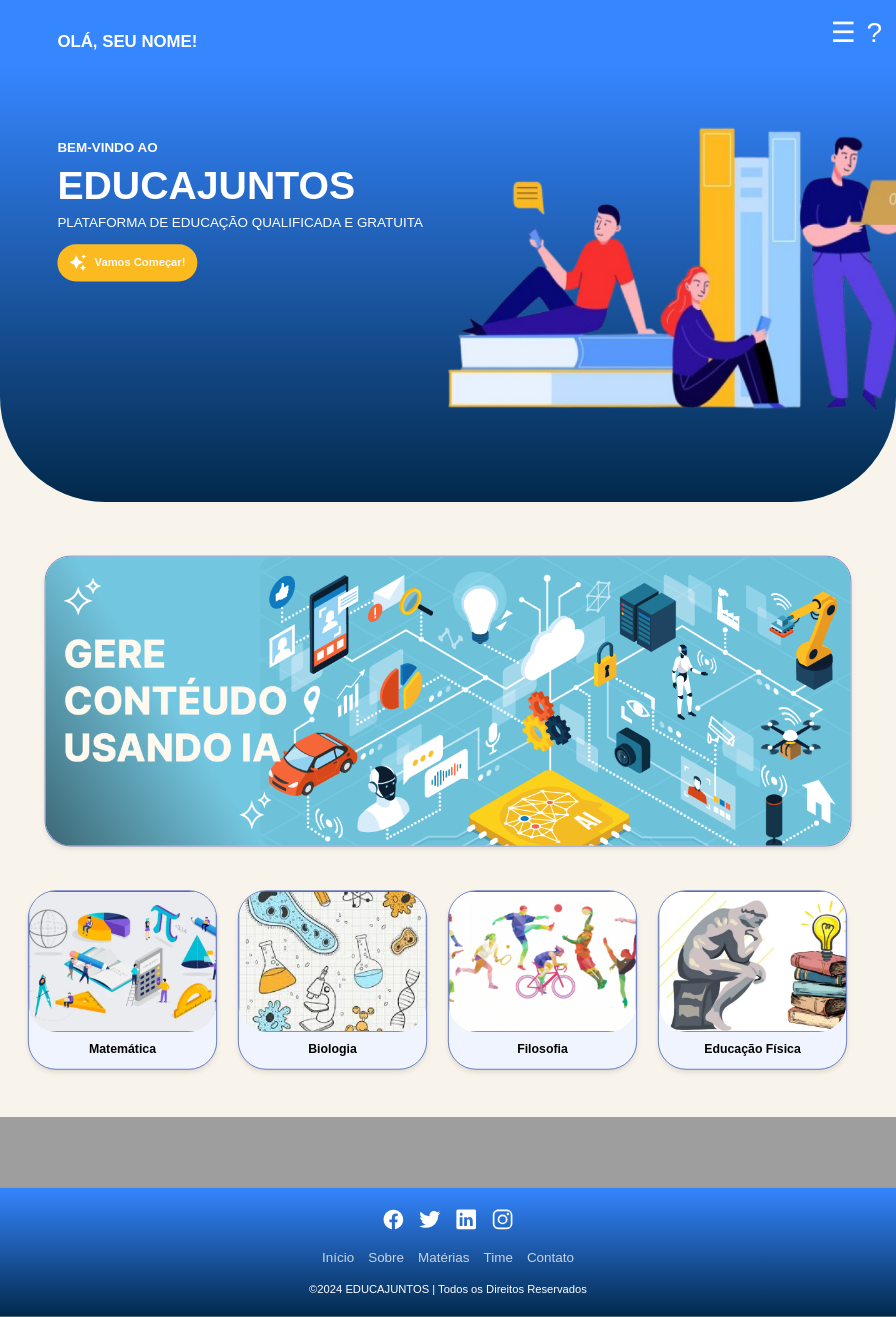
Repository: Matheus904-12/EDUCAJUNTOS
Page: inicio/index.html
An editor plug-in stored every save of this project. The page is shown before and after the next save, followed by the edit.
The browser window is 1280 px wide. The pictures show the whole page, at 70% of full size.
Pictures or frames that could not be fetched are drawn as grey boxes.

Above is the page before, as saved 2024-10-28 20:35:36.

After the next save:
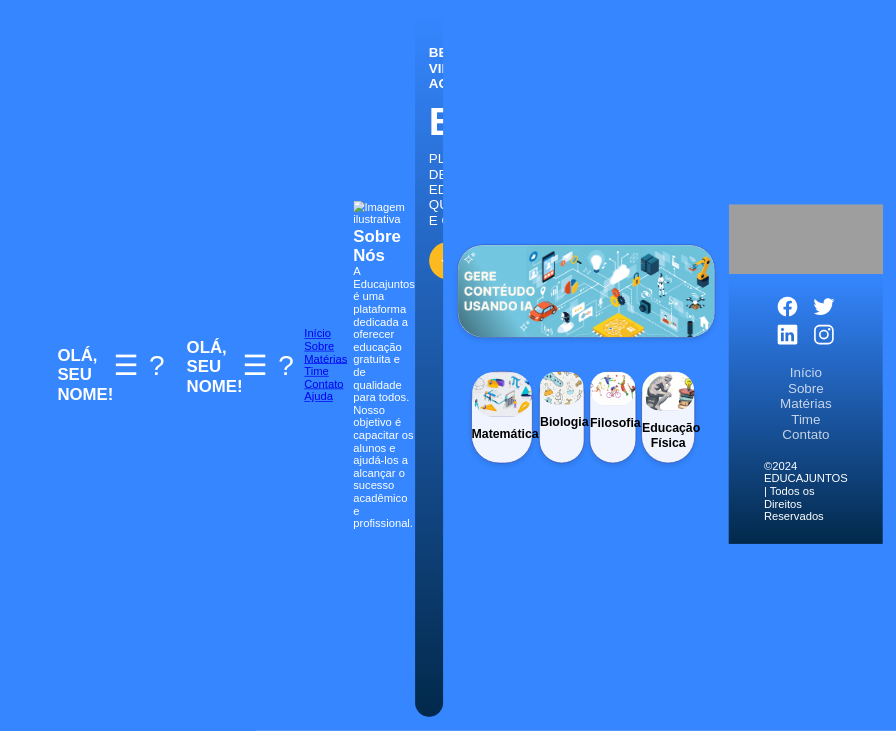
Not found: inicio/imagem-sobre-nos.jpg
Saved 8 min 0 s later.
--- a/inicio/index.html
+++ b/inicio/index.html
@@ -15,24 +15,46 @@
             <button class="menu-btn">&#9776;</button>
             <button class="help-btn">?</button>
         </nav>
-    </header>
+        <header>
+            <h1>OLÁ, SEU NOME!</h1>
+            <nav>
+                <button class="menu-btn">&#9776;</button>
+                <button class="help-btn">?</button>
+                <div class="dropdown-menu">
+                    <a href="#home">Início</a>
+                    <a href="#sobre">Sobre</a>
+                    <a href="#materias">Matérias</a>
+                    <a href="#time">Time</a>
+                    <a href="#contato">Contato</a>
+                    <a href="mailto:seuemail@gmail.com">Ajuda</a>
+                </div>
+            </nav>
+        </header>
 
-    <section class="hero">
-        <h2>BEM-VINDO AO</h2>
-        <h3>EDUCAJUNTOS</h3>
-        <p>PLATAFORMA DE EDUCAÇÃO QUALIFICADA E GRATUITA</p>
-        <button class="btn">
-            <svg height="24" width="24" fill="#FFFFFF" viewBox="0 0 24 24" data-name="Layer 1" id="Layer_1" class="sparkle">
-                <path d="M10,21.236,6.755,14.745.264,11.5,6.755,8.255,10,1.764l3.245,6.491L19.736,11.5l-6.491,3.245ZM18,21l1.5,3L21,21l3-1.5L21,18l-1.5-3L18,18l-3,1.5ZM19.333,4.667,20.5,7l1.167-2.333L24,3.5,21.667,2.333,20.5,0,19.333,2.333,17,3.5Z"></path>
-            </svg>
+        <section class="about">
+            <div class="about-content">
+                <img src="imagem-sobre-nos.jpg" alt="Imagem ilustrativa" class="about-image">
+                <div class="about-text">
+                    <h2>Sobre Nós</h2>
+                    <p>A Educajuntos é uma plataforma dedicada a oferecer educação gratuita e de qualidade para todos. Nosso objetivo é capacitar os alunos e ajudá-los a alcançar o sucesso acadêmico e profissional.</p>
+                </div>
+            </div>
+        </section>
 
-            <span class="text">Vamos Começar!</span>
-        </button>
-        <div class="hero-image">
-            <img src="../image/1.png" alt="Imagem ilustrativa de pessoas estudando">
-        </div>
-
-    </section>
+        <section class="hero">
+            <h2>BEM-VINDO AO</h2>
+            <h3>EDUCAJUNTOS</h3>
+            <p>PLATAFORMA DE EDUCAÇÃO QUALIFICADA E GRATUITA</p>
+            <button class="btn" onclick="goToLogin()">
+                <svg height="24" width="24" fill="#FFFFFF" viewBox="0 0 24 24" data-name="Layer 1" id="Layer_1" class="sparkle">
+                    <path d="M10,21.236,6.755,14.745.264,11.5,6.755,8.255,10,1.764l3.245,6.491L19.736,11.5l-6.491,3.245ZM18,21l1.5,3L21,21l3-1.5L21,18l-1.5-3L18,18l-3,1.5ZM19.333,4.667,20.5,7l1.167-2.333L24,3.5,21.667,2.333,20.5,0,19.333,2.333,17,3.5Z"></path>
+                </svg>
+                <span class="text">Vamos Começar!</span>
+            </button>
+            <div class="hero-image">
+                <img src="../image/1.png" alt="Imagem ilustrativa de pessoas estudando">
+            </div>
+        </section>
 
     <br>
     <br>

After the save that followed:
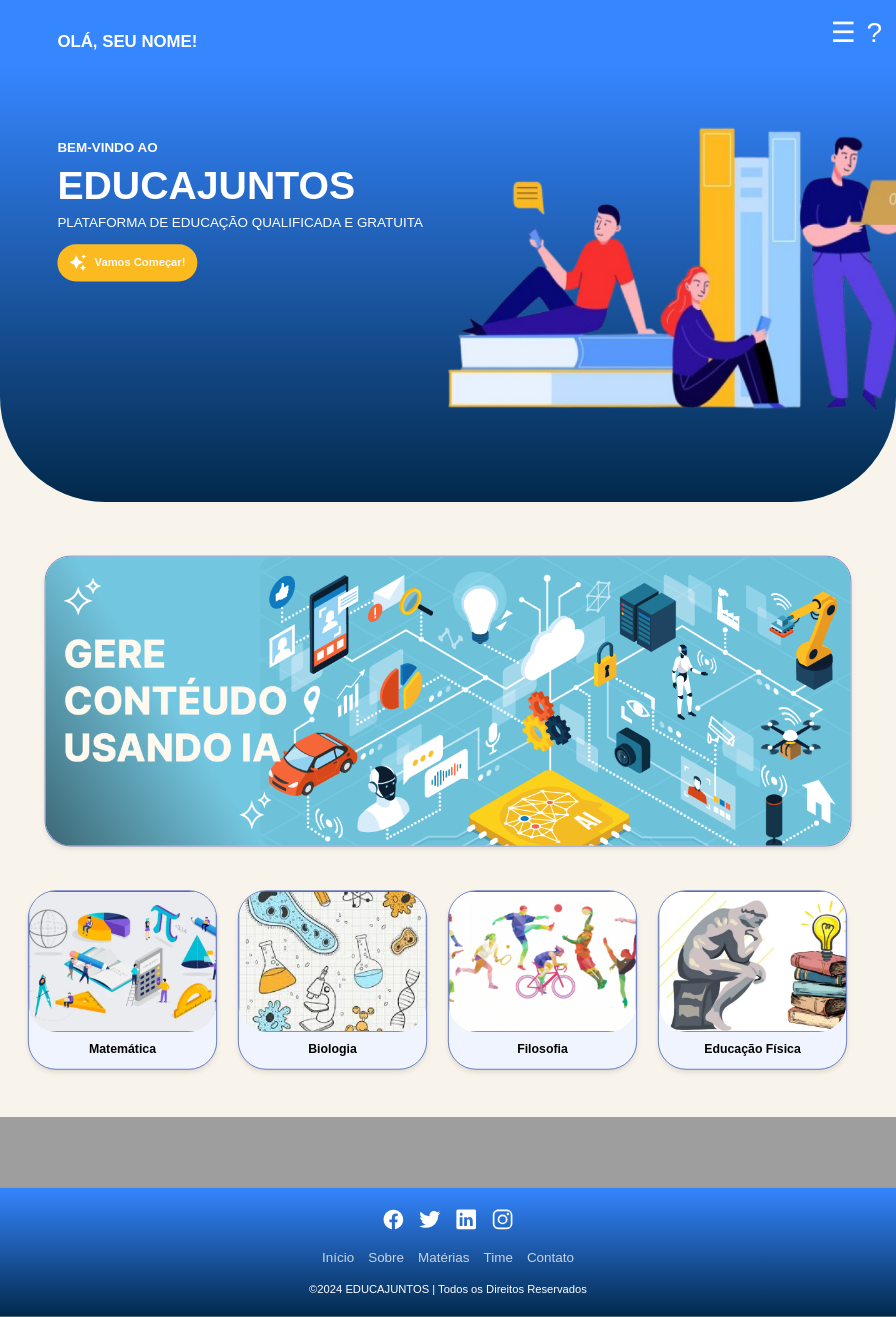
Saved 8 s later.
--- a/inicio/index.html
+++ b/inicio/index.html
@@ -15,46 +15,24 @@
             <button class="menu-btn">&#9776;</button>
             <button class="help-btn">?</button>
         </nav>
-        <header>
-            <h1>OLÁ, SEU NOME!</h1>
-            <nav>
-                <button class="menu-btn">&#9776;</button>
-                <button class="help-btn">?</button>
-                <div class="dropdown-menu">
-                    <a href="#home">Início</a>
-                    <a href="#sobre">Sobre</a>
-                    <a href="#materias">Matérias</a>
-                    <a href="#time">Time</a>
-                    <a href="#contato">Contato</a>
-                    <a href="mailto:seuemail@gmail.com">Ajuda</a>
-                </div>
-            </nav>
-        </header>
+    </header>
 
-        <section class="about">
-            <div class="about-content">
-                <img src="imagem-sobre-nos.jpg" alt="Imagem ilustrativa" class="about-image">
-                <div class="about-text">
-                    <h2>Sobre Nós</h2>
-                    <p>A Educajuntos é uma plataforma dedicada a oferecer educação gratuita e de qualidade para todos. Nosso objetivo é capacitar os alunos e ajudá-los a alcançar o sucesso acadêmico e profissional.</p>
-                </div>
-            </div>
-        </section>
+    <section class="hero">
+        <h2>BEM-VINDO AO</h2>
+        <h3>EDUCAJUNTOS</h3>
+        <p>PLATAFORMA DE EDUCAÇÃO QUALIFICADA E GRATUITA</p>
+        <button class="btn">
+            <svg height="24" width="24" fill="#FFFFFF" viewBox="0 0 24 24" data-name="Layer 1" id="Layer_1" class="sparkle">
+                <path d="M10,21.236,6.755,14.745.264,11.5,6.755,8.255,10,1.764l3.245,6.491L19.736,11.5l-6.491,3.245ZM18,21l1.5,3L21,21l3-1.5L21,18l-1.5-3L18,18l-3,1.5ZM19.333,4.667,20.5,7l1.167-2.333L24,3.5,21.667,2.333,20.5,0,19.333,2.333,17,3.5Z"></path>
+            </svg>
 
-        <section class="hero">
-            <h2>BEM-VINDO AO</h2>
-            <h3>EDUCAJUNTOS</h3>
-            <p>PLATAFORMA DE EDUCAÇÃO QUALIFICADA E GRATUITA</p>
-            <button class="btn" onclick="goToLogin()">
-                <svg height="24" width="24" fill="#FFFFFF" viewBox="0 0 24 24" data-name="Layer 1" id="Layer_1" class="sparkle">
-                    <path d="M10,21.236,6.755,14.745.264,11.5,6.755,8.255,10,1.764l3.245,6.491L19.736,11.5l-6.491,3.245ZM18,21l1.5,3L21,21l3-1.5L21,18l-1.5-3L18,18l-3,1.5ZM19.333,4.667,20.5,7l1.167-2.333L24,3.5,21.667,2.333,20.5,0,19.333,2.333,17,3.5Z"></path>
-                </svg>
-                <span class="text">Vamos Começar!</span>
-            </button>
-            <div class="hero-image">
-                <img src="../image/1.png" alt="Imagem ilustrativa de pessoas estudando">
-            </div>
-        </section>
+            <span class="text">Vamos Começar!</span>
+        </button>
+        <div class="hero-image">
+            <img src="../image/1.png" alt="Imagem ilustrativa de pessoas estudando">
+        </div>
+
+    </section>
 
     <br>
     <br>
